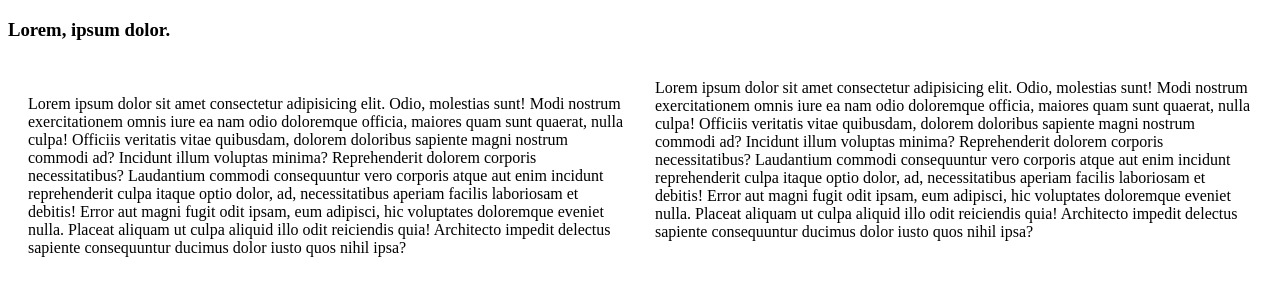
Repository: dinhhaidh/slider-book
Page: index.html
These files come from the project's save history. The page is drawn as it stood at one moment and after a run of saves; the edit follows.
The browser window is 1280 px wide. The pictures show the whole page.

Above is the page before, as saved 2024-01-15 09:21:33.

### index.html
<!DOCTYPE html>
<html lang="en">
<head>
    <meta charset="UTF-8">
    <meta name="viewport" content="width=device-width, initial-scale=1.0">
    <title>Document</title>
</head>
<style>
    .content{
        columns: 200px 2;
        column-gap: 30px;
        padding: 20px;
    }
    .title{
        column-span: all;
        display: block;
    }
    p{
        padding: 0;
    }
</style>
<body>
    <h3 class="title">Lorem, ipsum dolor.</h3>
    <div class="content">
        <p>Lorem ipsum dolor sit amet consectetur adipisicing elit. Odio, molestias sunt! Modi nostrum exercitationem omnis iure ea nam odio doloremque officia, maiores quam sunt quaerat, nulla culpa! Officiis veritatis vitae quibusdam, dolorem doloribus sapiente magni nostrum commodi ad? Incidunt illum voluptas minima? Reprehenderit dolorem corporis necessitatibus? Laudantium commodi consequuntur vero corporis atque aut enim incidunt reprehenderit culpa itaque optio dolor, ad, necessitatibus aperiam facilis laboriosam et debitis! Error aut magni fugit odit ipsam, eum adipisci, hic voluptates doloremque eveniet nulla. Placeat aliquam ut culpa aliquid illo odit reiciendis quia! Architecto impedit delectus sapiente consequuntur ducimus dolor iusto quos nihil ipsa?</p>
        <p>Lorem ipsum dolor sit amet consectetur adipisicing elit. Odio, molestias sunt! Modi nostrum exercitationem omnis iure ea nam odio doloremque officia, maiores quam sunt quaerat, nulla culpa! Officiis veritatis vitae quibusdam, dolorem doloribus sapiente magni nostrum commodi ad? Incidunt illum voluptas minima? Reprehenderit dolorem corporis necessitatibus? Laudantium commodi consequuntur vero corporis atque aut enim incidunt reprehenderit culpa itaque optio dolor, ad, necessitatibus aperiam facilis laboriosam et debitis! Error aut magni fugit odit ipsam, eum adipisci, hic voluptates doloremque eveniet nulla. Placeat aliquam ut culpa aliquid illo odit reiciendis quia! Architecto impedit delectus sapiente consequuntur ducimus dolor iusto quos nihil ipsa?</p>
    </div>
</body>
</html>

After the next 3 saves:
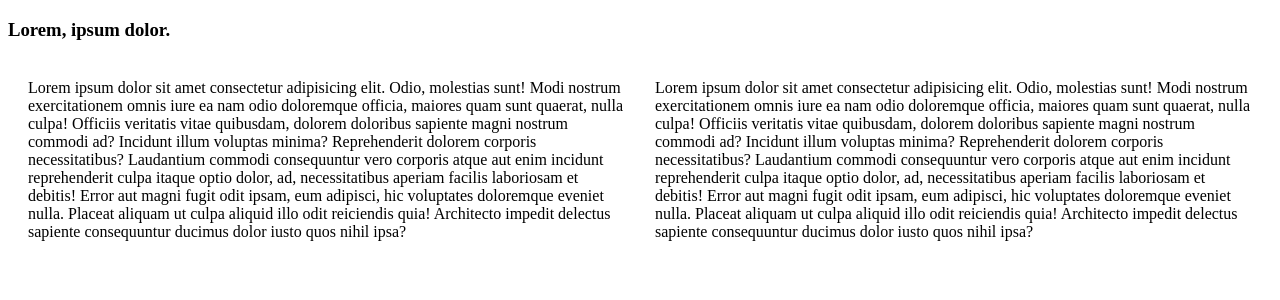
The 3 saves are shown as one change because they came seconds apart.
The last was saved 37 s later.
--- a/index.html
+++ b/index.html
@@ -16,7 +16,7 @@
         display: block;
     }
     p{
-        padding: 0;
+        margin:  0;
     }
 </style>
 <body>
